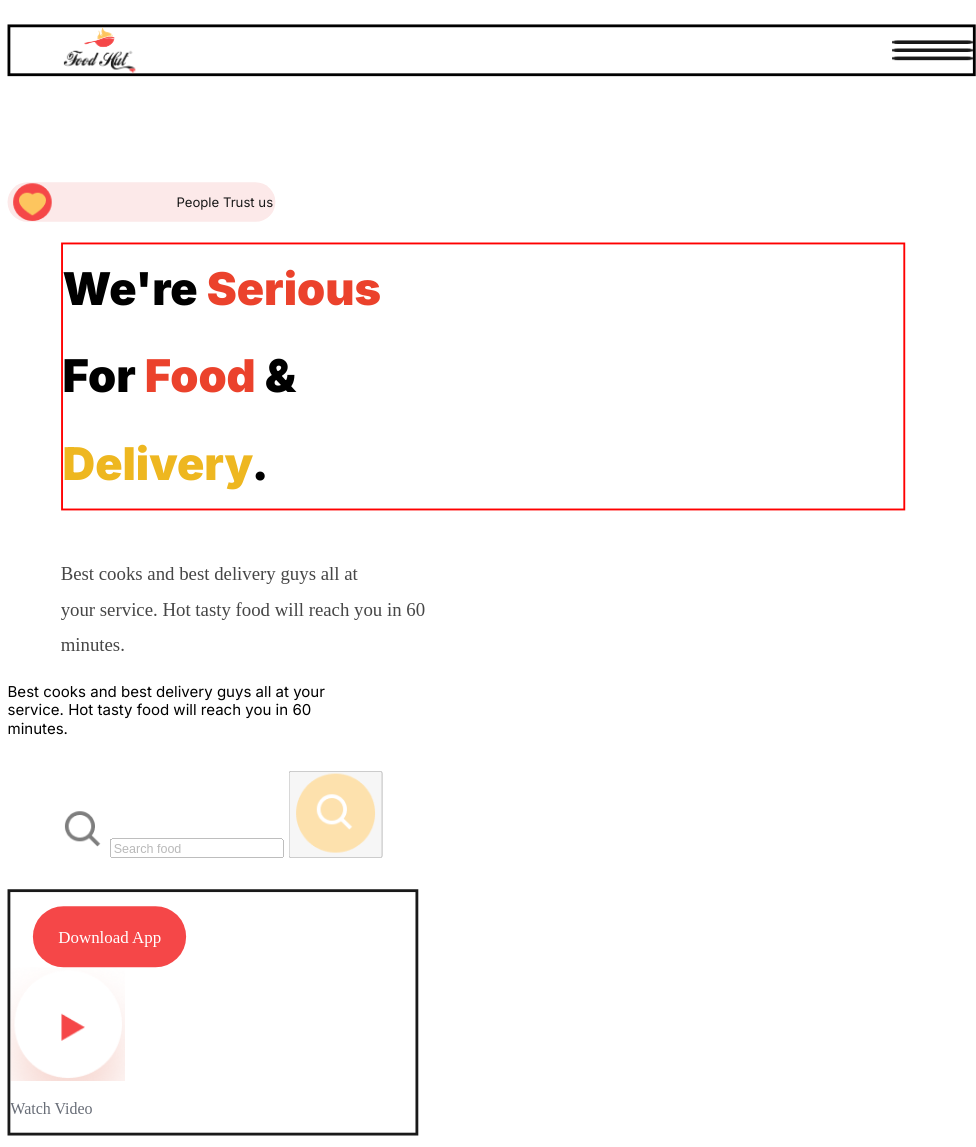
Repository: ReyhanehRahmani/Food-Hut
Page: FoodHut.html
An editor plug-in stored every save of this project. The page is shown before and after the next save, followed by the edit.
The browser window is 1024 px wide. The page is 1038 px wide, so the pictures cover 1038 px, including what lies to the right of the window. The pictures show the whole page, at 94% of full size.
Some web fonts or font styles are not loaded; a fallback is used.

Above is the page before, as saved 2025-05-28 23:28:26.

### FoodHut.html
<!DOCTYPE html>

<html lang="en">

    <head>

    <meta name="viewport" content="width=device-width, initial-scale=1.0" />

        <title>Food Hut</title>

        <link rel="icon" type="image/jpg" href="favicon.png">

        <link rel="preconnect" href="https://fonts.googleapis.com">

        <link rel="stylesheet" href="FoodHut.css">

        <link rel="preconnect" href="https://fonts.googleapis.com">

        <link rel="preconnect" href="https://fonts.gstatic.com" crossorigin>

        <link href="https://fonts.googleapis.com/css2?family=Inter:ital,opsz,wght@0,14..32,100..900;1,14..32,100..900&display=swap" rel="stylesheet">

        <link rel="preconnect" href="https://fonts.googleapis.com">

        <link rel="preconnect" href="https://fonts.gstatic.com" crossorigin>

        <link href="https://fonts.googleapis.com/css2?family=Sofia+Sans:ital,wght@0,1..1000;1,1..1000&display=swap" rel="stylesheet">

    </head>

    <body>

        <div class="headh">
            <img src="favicon.png" alt="Food Hut logo" class="FoodHutLogo">

            <div class="navlaptop">
                    <p class="mm">Today special offers</p>
                    <p class="mm">Why FoodHut</p>
                    <p class="mm">Our Menu</p>
                    <p class="mm">Our Popular food</p>

            </div>
            <div class="downloadbt"><p>Download App</p></div>
            <img src="slider.png" id="slider">
        </div>



        <div class="maincontainer">
            <div class="container1">

                <div id="HeartBox">
                    <img id="Heart" src="ghalb.png" style="margin-left: 3px;" >
                    <p id="trust">People Trust us</p>
                </div>

                <p id="BigBox1">
                    We're <spsn style="color: rgb(235, 66, 44);">Serious</spsn> <br> For <span style="color: rgb(235, 66, 44);">Food</span> & <br><span style="color: rgb(238, 183, 32);">Delivery</span>.
                </p>
                <p id="BigBox1laptop">
                    We're <spsn style="color: rgb(235, 66, 44);">Serious</spsn>  For <br><span style="color: rgb(235, 66, 44);">Food</span> & <span style="color: rgb(238, 183, 32);">Delivery</span>.
                </p>

                <p id="text1">
                    Best cooks and best delivery guys all at <br>your service. Hot tasty food will reach you in 60<br>minutes.
                </p>
                <p id="text1laptop">
                    Best cooks and best delivery guys all at your <br>service. Hot tasty food will reach you in 60<br>minutes.
                </p>
                <div class="searchbox">
                    <img src="zarebin2.png" id="zarebin2">
                    <input class="inin" type="text" minlength="3" maxlength="30" placeholder="Search food"></input>
                    <button class="butbut"><img src="zarebin.png" id="zarebin"></button>
                </div>


                <div id="PlayBox">
                    <div id="download"><p>Download App</p></div>
                    <div id="bori1">
                    <img src="playb.png" id="PlayButton">
                    <p id="Watch">Watch Video</p>
                    </div>
                </div>

            </div>
            <img src="pic1.png" id="pic1laptop">

        </div>






    </body>

</html>

### FoodHut.css
/*font family - font size - align items like heart*/

@media screen and (max-width: 1279px){



body {
    font-family: "Inter", sans-serif;

}

.headh{
    border: solid;
    display: flex;
    justify-content: space-between;
    width: 100vw;
    height: 6.739130435vh;
    align-items: center;
    margin-top: 2.608695652%;
}


.FoodHutLogo{
    margin-left: 5.607476636%;
    height: 100%;
}

#slider{
    width: 8.411214953%;
    height: 43.548387097%;
}

/*#NavbarSlider{
    margin-top: 41px;
    margin-right: 5.6vw;
    float: right;
    position: fixed;
    border: 2px solid red;
}

.slider{
    width: 36px;
    height: 5px;
    border-radius: 17px;
    display: flex;
    justify-content: space-between;
    flex-direction: column;
    gap: 6px;
    background: rgba(25, 25, 25, 1);
    margin-right: 24px;

}*/

#HeartBox{
    display: flex;
    justify-content: space-between;
    width: 28.226415094%;
    height: 4.261796043%;
    align-items: center;
    border-radius: 100px;
    white-space: nowrap;
    background-color: #fce9e9;
}



#HeartBox{
    display: flex;
    justify-content: space-between;
    gap: 1.438848921%;
    width: 28.226415094%;
    height: 4.261796043%;
    align-items: center;
    border-radius: 100px;
    white-space: nowrap;
    background-color: #fce9e9;
    margin-top: 11.228070175%;
}

#trust{
    font-weight: 400;
    font-size: 0.875rem;
    line-height: 100%;
    letter-spacing: 0%;
    /*align-items: center;
    justify-content: center;*/
    color: rgba(25, 25, 25, 1);
    margin-right: 2px;

}

#Heart{
    position: static;
    width: 14.288489209%;
    height: 71.428571429%;
    padding-left: 1.168224299%;
    align-self: center;
}

#BigBox1{
    width: 88.785046729%;
    height: 21.058315335%;
    align-content: center;
    margin-top: 2.173913043%;
    margin-left: 5.607476636%;
    border: 2px solid red;
    font-weight: 900;
    font-size: 3rem;
    line-height: 195%;
    letter-spacing: 0%;
    font-family: "Inter";
}

/*#Box1Paragragh{
    font-weight: 900;
    font-size: 48px;
    line-height: 195%;
    letter-spacing: 0%;
}*/

#text1{
    width: 88.551401869%;
    height: 8.804347826%;
    margin-top: 4.347826087%;
    margin-left: 5.607476636%;
    opacity: 0.8;
    font-family: Sofia Pro;
    font-weight: 400;
    font-size: 1.25rem;
    line-height: 190%;
    letter-spacing: -1%;
    color: #191919;

}

.searchbox{
    width: 88.785046729%;
    height: 5.869565217%;
    margin-top: 3.47826087%;
    margin-left: 5.607476636%;
    border-radius: 100px;
    border-width: 0.5px;
    font-family: Sofia Pro;
    font-weight: 400;
    font-size: 18px;
    line-height: 100%;
    letter-spacing: -1%;
    opacity: 50%;

}

.search-bar input{

}

.search-bar button{
  border: none;
  padding: 0 15px;
  display: flex;
  align-items: center;
  justify-content: center;
  border-radius: 0 25px 25px 0;
  cursor: pointer;
    flex-wrap: wrap;

}

#download{
    width: 37.85046729%;
    height: 4.859611231%;
    margin-top: 3.695652174%;
    margin-left: 5.607476636%;
    border-radius: 100px;
    background: #F54748;
    font-family: Sofia Pro;
    font-weight: 400;
    font-size: 1.125rem;
    line-height: 100%;
    letter-spacing: 0px;
    text-transform: capitalize;
    color:#FFFFFF;
    text-align: center;
    padding-top: 1.187904968%;
    padding-bottom: 1.187904968%;
    display: inline-block;
}

#PlayBox{
    margin-top: 3.260869565%;
    display: flex;
    justify-content: space-between;
    gap: 4.906542056%;
    width: 42.757009346%;
    height: 5.652173913%;
    margin-right: 6.542056075%;
    position: relative;
    overflow: hidden;
    border: #191919 solid;
    display: inline-block;

}

#PlayButton{
    position: relative;
    width: 28.415300546%;
    height: 100%;
}


#Watch{
    font-family: Poppins;
    font-weight: 500;
    font-size: 1.0625rem;
    line-height: 100%;
    letter-spacing: 0%;
    color: #686D77;

}
.navlaptop{
    display: none;
}

.downloadbt{
    display: none;
}

#BigBox1laptop{
    display: none;
}

#pic1laptop{
    display: none;
}

}


@media screen and (min-width: 1280px){

body{
    position: relative;
}

.headh{
    display: flex;
    position: relative;
    align-items: center;
    margin-top: 2.46343341%;
}

.headh .FoodHutLogo{
    width: 8.402777778%;
    height: 6.004618938%;
    margin-left: 5.46875%;

}

.navlaptop {
    display: flex;
    gap: 7.575757576%;
    align-items: center;
    margin-left: 20.75%;

}

.navlaptop .mm{
    font-family: "Sofia Sans";
    font-weight: 400;
    font-size: 1.125rem;
    line-height: 100%;
    letter-spacing: 0px;
    text-transform: capitalize;
    color: #191919;
    white-space: nowrap;
}

.downloadbt{
    position: absolute;
    width: 11.25%;
    line-height: 100%;
    height: 57.692307692%;
    border-radius: 100px;
    background-color: #F54748;
    font-family: "Sofia Sans";
    text-align: center;
    margin-top: 1px;
    color: #FFFFFF;
    font-weight: 400;
    font-size: 18px;
    letter-spacing: 0px;
    text-transform: capitalize;
    margin-left: 84.513888889%;


}

.maincontainer{
    display: flex;
    justify-content: space-between;


}

.container1{
    margin-left: 4.861111111%;
    display: block;
    align-content: center;

}

#HeartBox{
    display: flex;
    justify-content: space-between;
    width: 28.226415094%;
    height: 4.261796043%;
    align-items: center;
    border-radius: 100px;
    white-space: nowrap;
    background-color: #fce9e9;
}

#trust{
    margin-right: 2px;
}

#BigBox1laptop{
    font-family: "Inter";
    font-weight: 900;
    font-size: 3.625rem;
    line-height: 100%;
    letter-spacing: 0%;
    margin-top: 3.04414003%;

}

#BigBox1{
    display: none;
}

#Heart{
    height: 20px;
    width: 20px;
}

#trust{
    font-family: Inter;
    font-weight: 400;
    font-size: 0.875rem;
    line-height: 100%;
    letter-spacing: 0%;

}

#text1{
    font-family: "Sofia Sans";
    font-weight: 400;
    font-size: 1.5rem;
    line-height: 100%;
    letter-spacing: -1%;
    opacity: 0.8;
    margin-top: 3.877419355%;
    color: #191919;

}


.searchbox{
    border: solid;
    display: flex;
    border-width: 0.5px;
    border-radius: 100px;
    align-items: center;
    height: 8.709677419%;
    margin-top: 4.35483871;

}

.searchbox .inin{
    border: 0px;
    margin-left: 12px;

}

.searchbox .butbut{
    border: 0px;
    background-color: rgba(127, 255, 212, 0);
    margin-left: 41.324840764%;
}

#zarebin{
    height: 42px;
    padding-top: 5px;

}

#zarebin2{
    width: 28px;
    height: 28px;
    margin-left: 15px;

}

#pic1laptop{
    width: 47.847222222%;
    height: auto;
}

#PlayBox{
    display: flex;
    height: 8.387096774%;
    margin-top: 4.838709677%;
    align-items: center;
}

#download{
    width: 33.085106383%;
    height: 86.538461538%;
    border-radius: 100px;
    background-color: #F54748;
    font-family: "Sofia Sans";
    text-align: center;
    margin-top: 1px;
    color: #FFFFFF;
    font-weight: 400;
    font-size: 18px;
    line-height: 100%;
    letter-spacing: 0px;
    text-transform: capitalize;


}

#bori1{
    display: flex;
    margin-left: 8.244680851%;
    height: 100%;
    justify-content: space-between;
    gap: 11.475409836%;
}

#Watch{
    font-family: "Sofia Sans";
    font-weight: 300;
    font-size: 17px;
    line-height: 100%;
    letter-spacing: 0%;
    color: #686D77;
    white-space: nowrap;

}

#PlayButton{
    height: 100%;
}
}

After the next save:
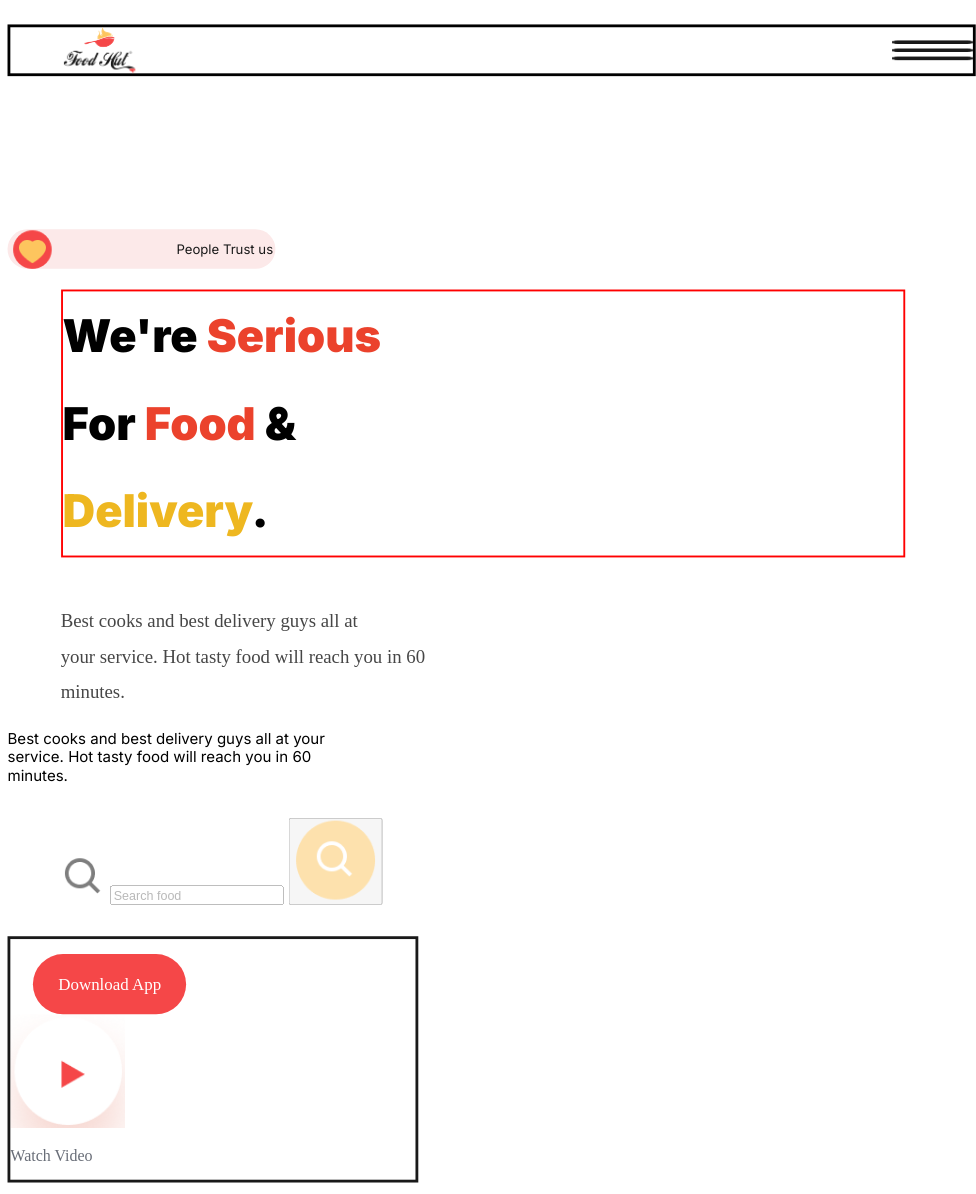
Saved 8 s later.
--- a/FoodHut.css
+++ b/FoodHut.css
@@ -74,7 +74,7 @@ body {
     border-radius: 100px;
     white-space: nowrap;
     background-color: #fce9e9;
-    margin-top: 11.228070175%;
+    margin-top: 16.228070175%;
 }
 
 #trust{
